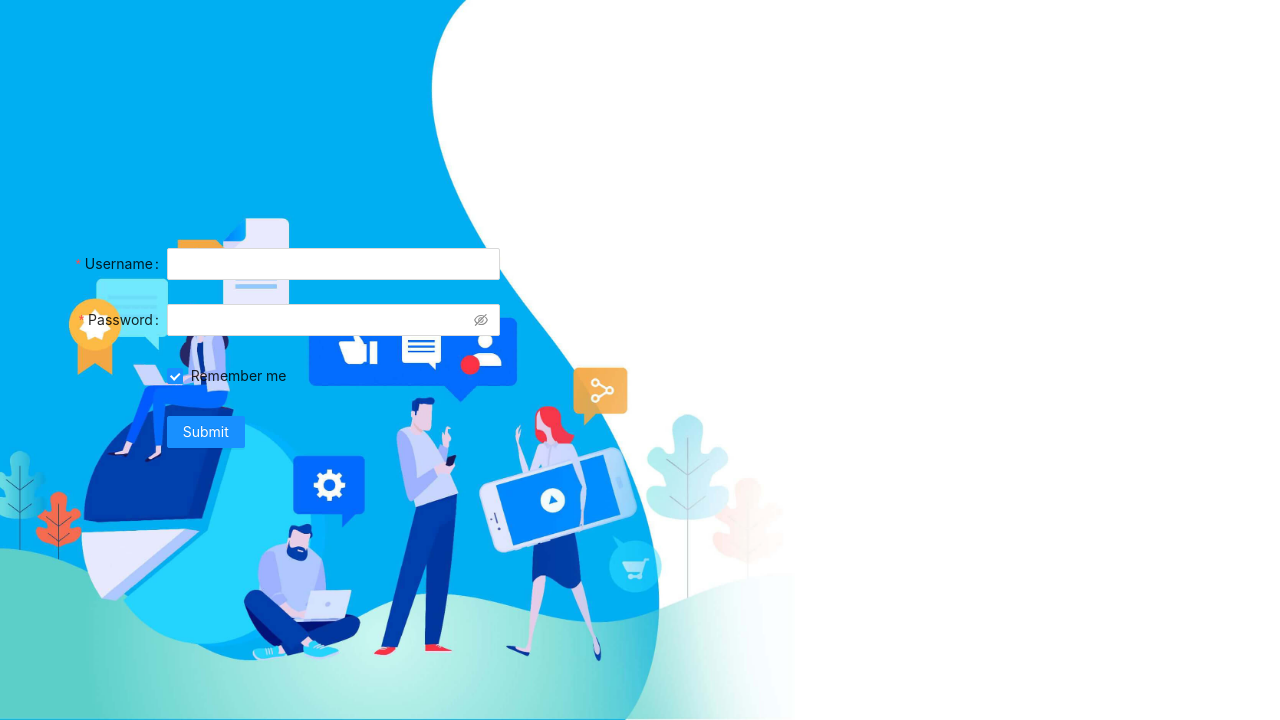
Repository: DallenCat/react-test
Page: /login
The author's editor kept a copy of each file at every save. The page is drawn from the files as they stood at one save, then again after the next save.
The browser window is 1280 px wide. The pictures show the whole page.
The project was rebuilt for these pictures with package versions that can differ from the ones it lists, and the page was loaded fresh each time. Also part of the build but not shown: src/containers/dashboard/index.js, src/containers/personal/index.js, src/components/layout/index.css, src/components/layout/sider/menu.js, src/components/layout/sider/logo.js, src/components/layout/sider/index.js, src/components/layout/index.js.

Above is the page before, as saved 2021-10-29 17:28:12.

After the next save:
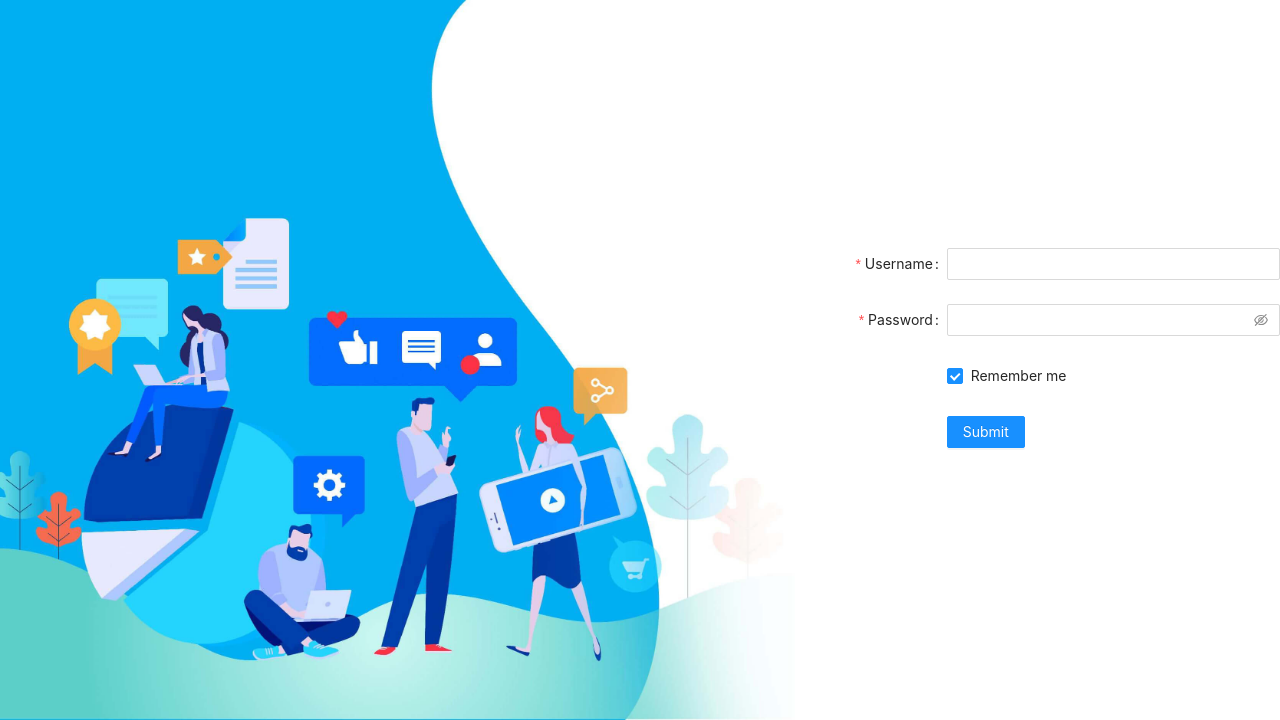
Saved 9 s later.
--- a/src/containers/login/login.scss
+++ b/src/containers/login/login.scss
@@ -6,6 +6,7 @@
   background-repeat: no-repeat;
   display: flex;
   align-items: center;
+  justify-content: flex-end;
 }
 
 .form {
